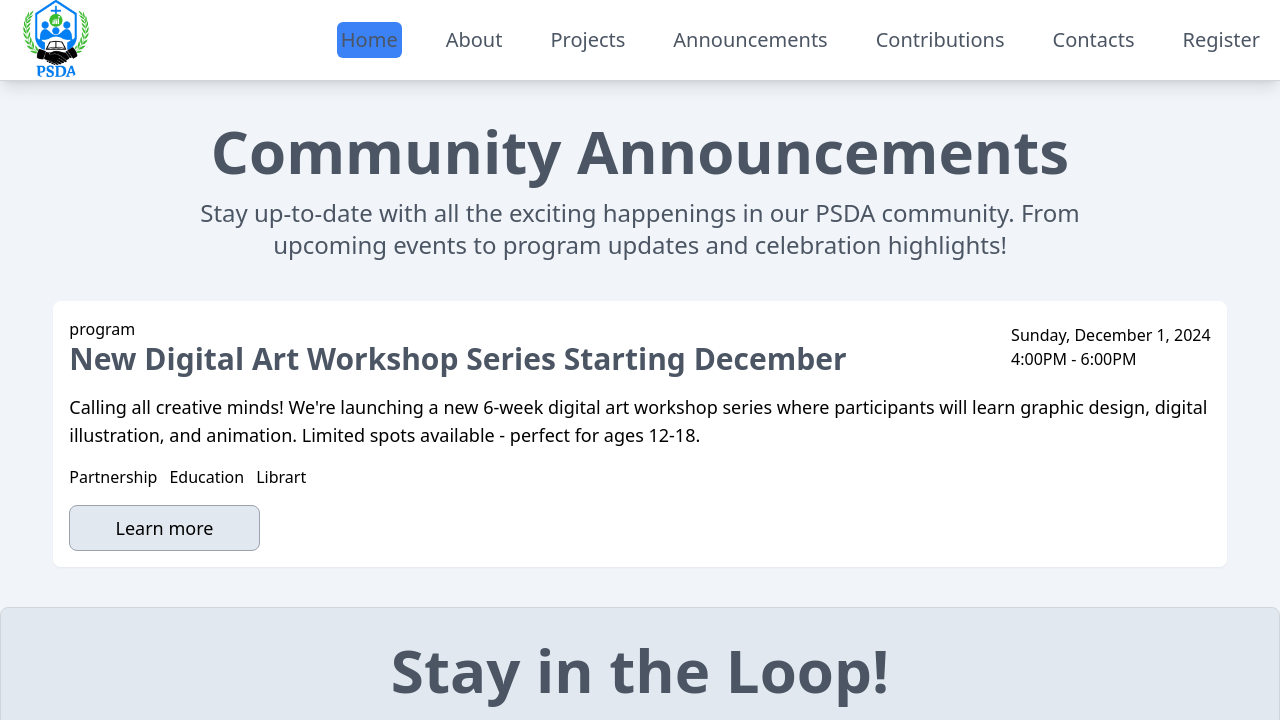
Repository: Zedestar/psda
Page: /announcements
An editor plug-in stored every save of this project. The page is shown before and after the next save, followed by the edit.
The browser window is 1280 px wide. The pictures show the whole page.
An inner scrolling area shows only its first screen. The project was rebuilt for these pictures with package versions that can differ from the ones it lists, and the page was loaded fresh each time. Also part of the build but not shown: src/components/cards/primary-card.jsx, src/components/cards/two-lines-card.jsx, src/components/homepic/index.jsx, src/pages/home/what-we-do.js, src/pages/home/home.jsx, src/components/cards/leaders-card.jsx, src/components/cards/secondary-card.jsx, src/pages/about/about-us-data.js and 13 more.

Above is the page before, as saved 2025-07-21 19:16:00.

After the next save:
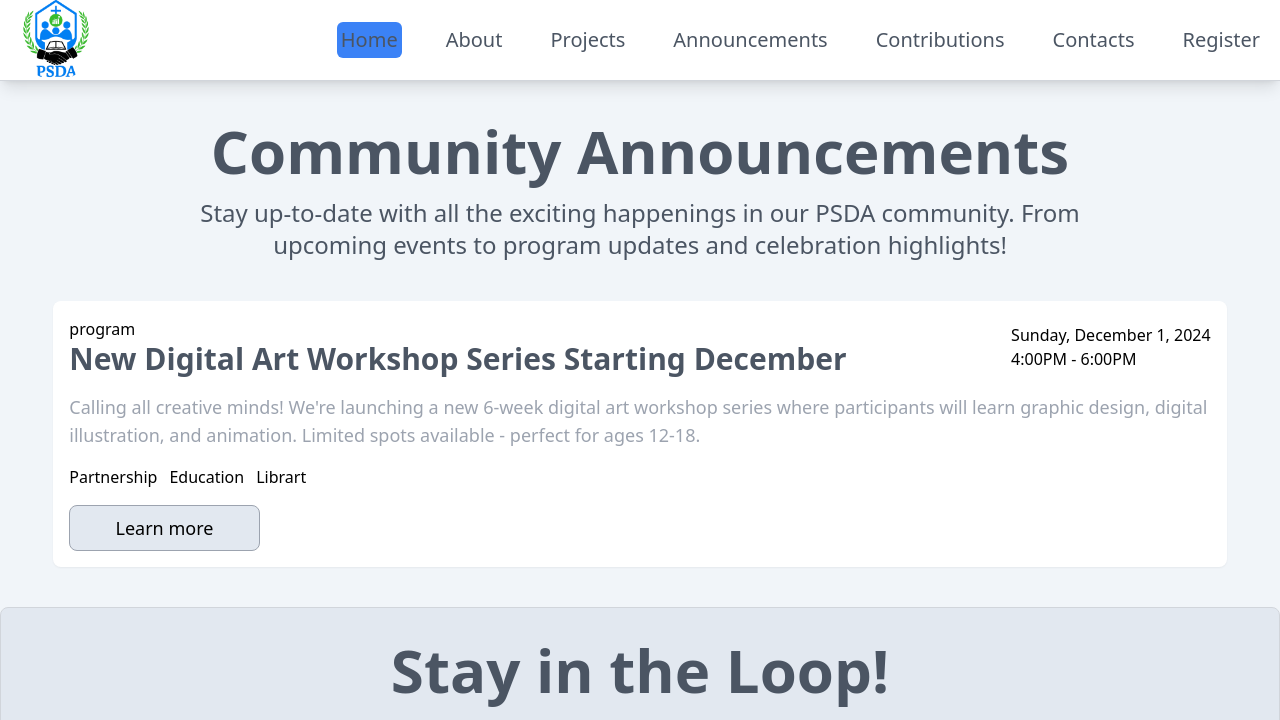
Saved 20 s later.
--- a/src/components/cards/announcement-card.jsx
+++ b/src/components/cards/announcement-card.jsx
@@ -14,7 +14,7 @@ function AnnouncementCard() {
         </div>
       </div>
       <div>
-        <p className="text-lg">
+        <p className="text-lg text-gray-400">
           Calling all creative minds! We're launching a new 6-week digital art
           workshop series where participants will learn graphic design, digital
           illustration, and animation. Limited spots available - perfect for
